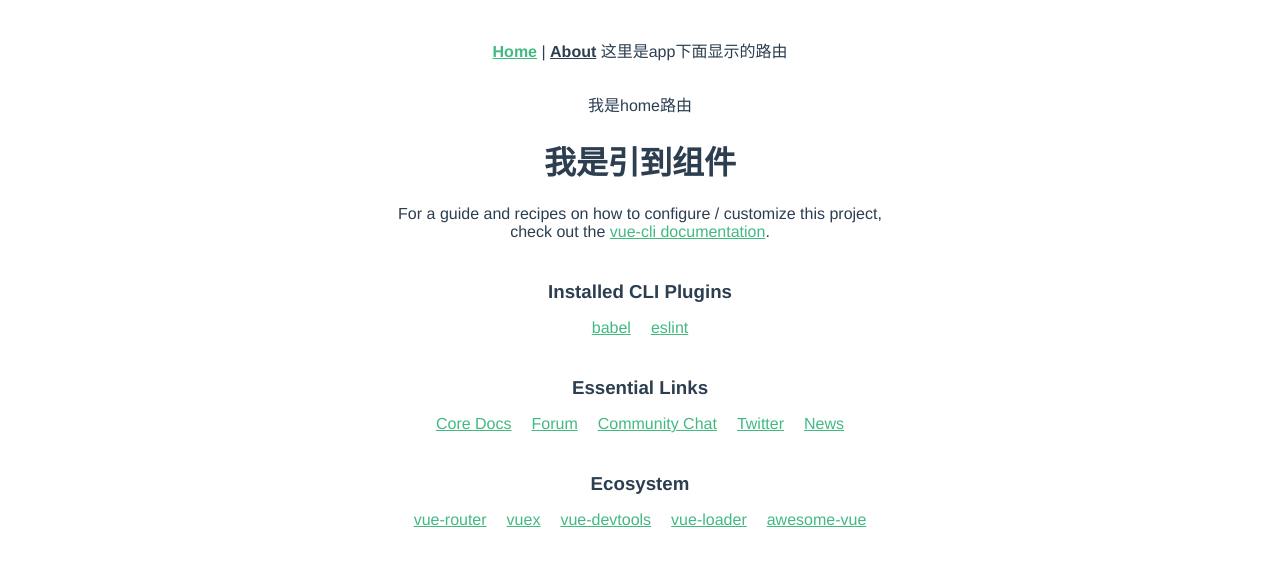
Repository: 12baby/project
Page: /
An editor plug-in stored every save of this project. The page is shown before and after the next save, followed by the edit.
The browser window is 1280 px wide. The pictures show the whole page.
The project was rebuilt for these pictures with package versions that can differ from the ones it lists, and the page was loaded fresh each time. Also part of the build but not shown: vue.config.js.

Above is the page before, as saved 2019-04-09 13:36:44.

After the next save:
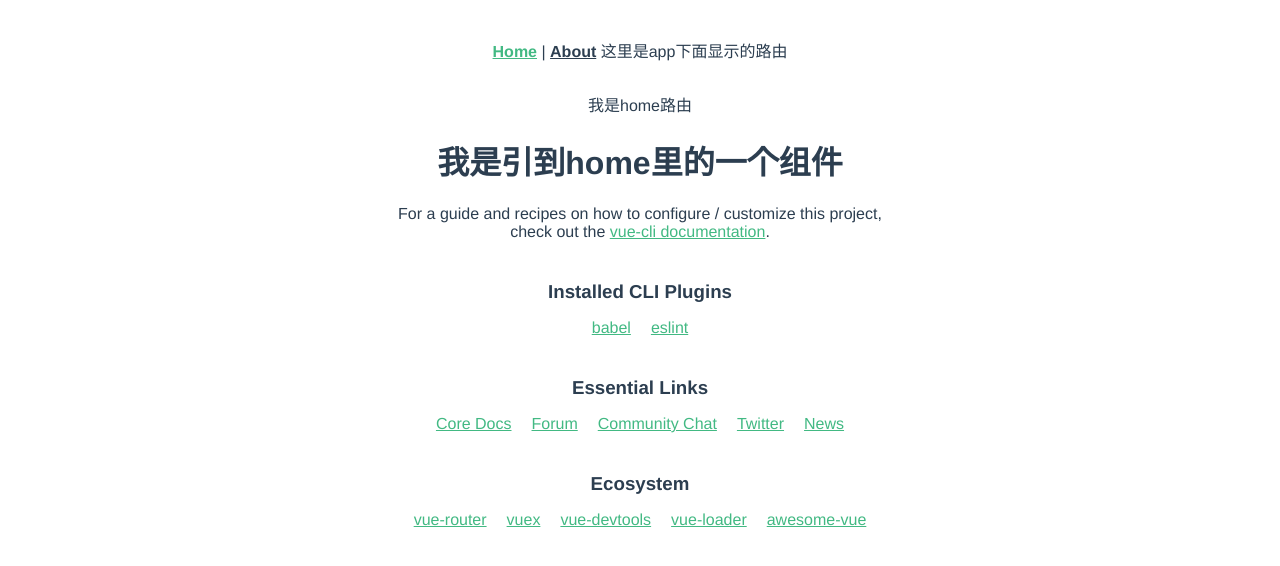
Saved 7 s later.
--- a/src/views/Home.vue
+++ b/src/views/Home.vue
@@ -1,7 +1,7 @@
 <template>
   <div class="home">
     我是home路由
-    <HelloWorld msg="我是引到组件" />
+    <HelloWorld msg="我是引到home里的一个组件" />
   </div>
 </template>
 
